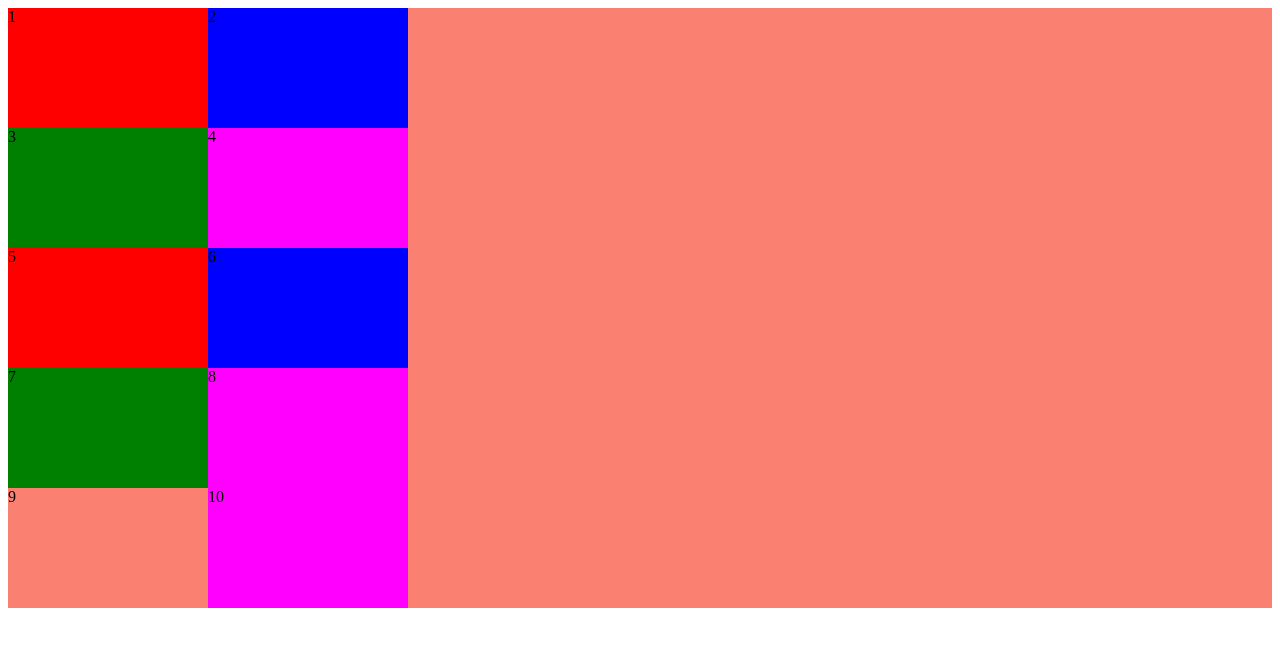
Repository: DinkarRavi/Dinkar_Coding
Page: 22aug24/grid.html
The author's editor kept a copy of each file at every save. The page is drawn from the files as they stood at one save, then again after the next save.
The browser window is 1280 px wide. The pictures show the whole page.

Above is the page before, as saved 2024-08-22 15:03:24.

### 22aug24/grid.html
<!DOCTYPE html>
<html lang="en">
<head>
    <meta charset="UTF-8">
    <meta name="viewport" content="width=device-width, initial-scale=1.0">
    <title>Document</title>
    <link rel="stylesheet" href="grid.css">
</head>
<body>

        <div id="parent">
        <div>1</div>
        <div>2</div>
        <div>3</div>
        <div>4</div>
        <div>5</div>
        <div>6</div>
        <div>7</div>
        <div>8</div>
        <div>9</div>
        <div>10</div>

    </div>
</body>
</html>

### 22aug24/grid.css


#parent{
border: 2px;
background-color: salmon;
height: 600px;
display: grid;
grid-template-columns: 200px 200px;
}
div{
div:nth-child(1) {
  background: red;
}
div:nth-of-type(2) {
    background: blue;
  }
  div:nth-child(3) {
    background: green;
  }
  div:nth-child(4) {
    background: magenta;
  }
  div:nth-child(5) {
    background: red;
  }
  div:nth-of-type(6) {
      background: blue;
    }
    div:nth-child(7) {
      background: green;
    }
    div:nth-child(8) {
      background: magenta;
    }
    div:nth-child(9) {
        background:n;
      }
      div:nth-child(10) {
        background: magenta;}
}

After the next save:
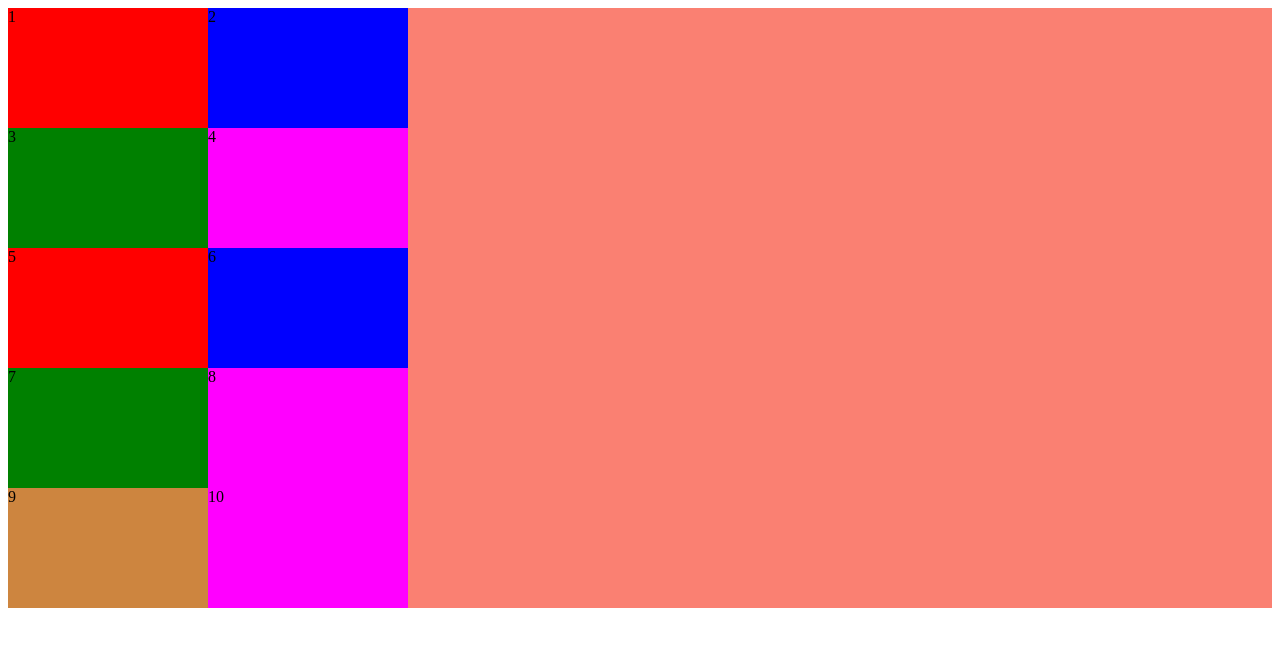
Saved 4 s later.
--- a/22aug24/grid.css
+++ b/22aug24/grid.css
@@ -33,7 +33,7 @@
       background: magenta;
     }
     div:nth-child(9) {
-        background:n;
+        background:peru;
       }
       div:nth-child(10) {
         background: magenta;}
